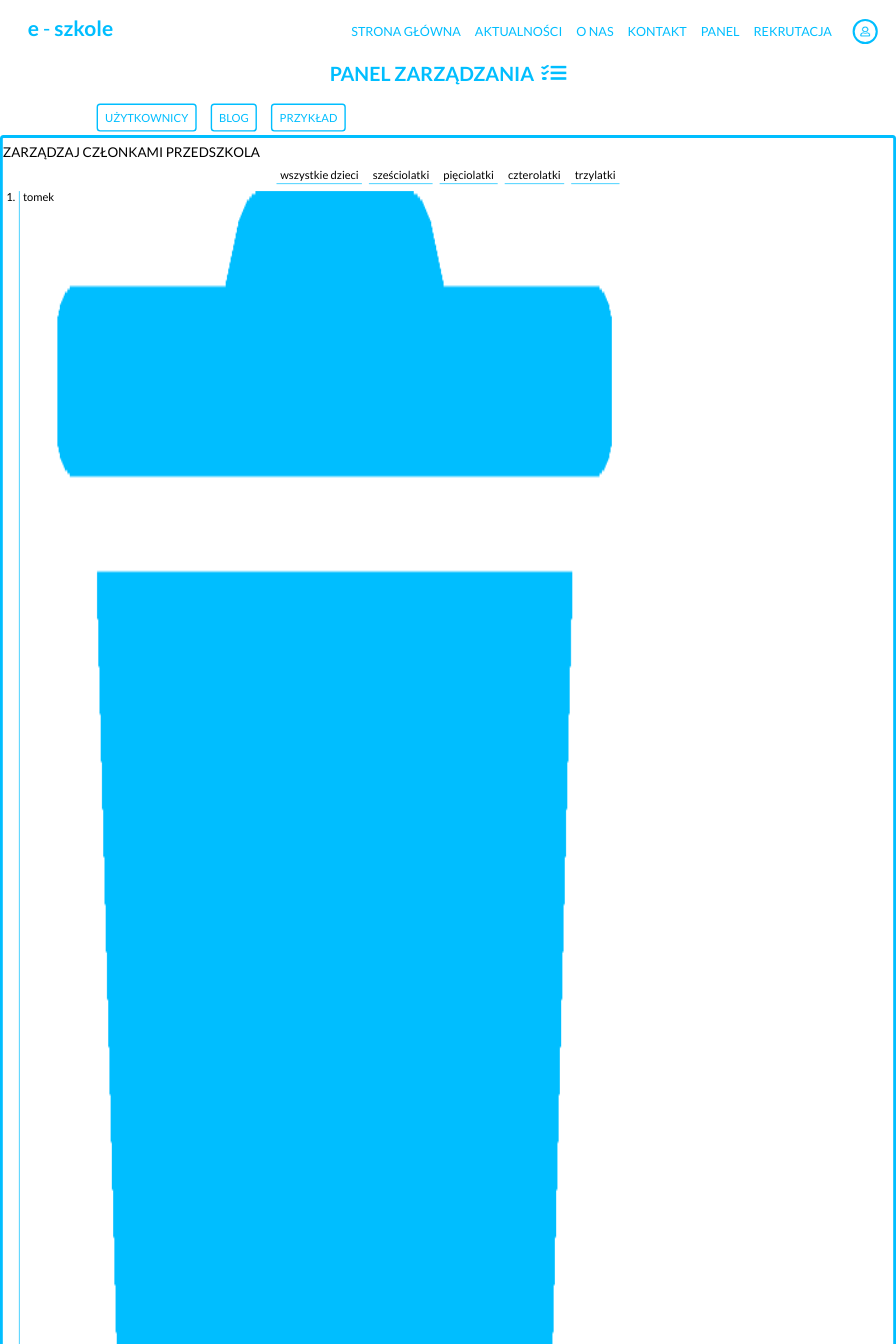
Repository: Votex874/e-szkole
Page: /panel (app in app/)
The author's editor kept a copy of each file at every save. The page is drawn from the files as they stood at one save, then again after the next save.
The browser window is 1280 px wide. The pictures show the part of the page from y = 0 to 1920 px (the page is 11191 px tall before and 720 px after), at 70% of full size.
The project was rebuilt for these pictures with package versions that can differ from the ones it lists, and the page was loaded fresh each time. Also part of the build but not shown: app/src/components/News/Title/index.js, app/src/components/News/Content/index.js, app/src/components/News/Avatar/index.js, app/src/components/News/Footer/index.js, app/src/components/News/index.js, app/src/components/AboutUs/Content/index.js, app/src/components/AboutUs/index.js, app/src/components/Graduates/ListItem/index.js and 26 more.

Above is the page before, as saved 2019-04-03 10:00:47.

After the next save:
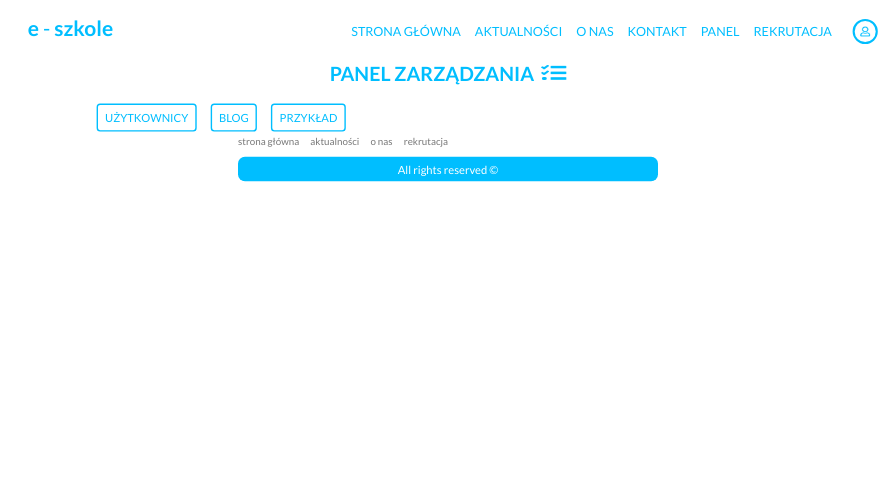
Saved 9 s later.
--- a/app/src/components/PanelOptions/index.js
+++ b/app/src/components/PanelOptions/index.js
@@ -54,9 +54,7 @@
             return <PanelItem id={i} handleClick={this.handleClick} key={i} content={e} />
           })}
         </OptionsList>
-        <ChoosenOption>
-          {this.state.users}
-        </ChoosenOption>
+
       </React.Fragment>
     )
   }

After the save that followed:
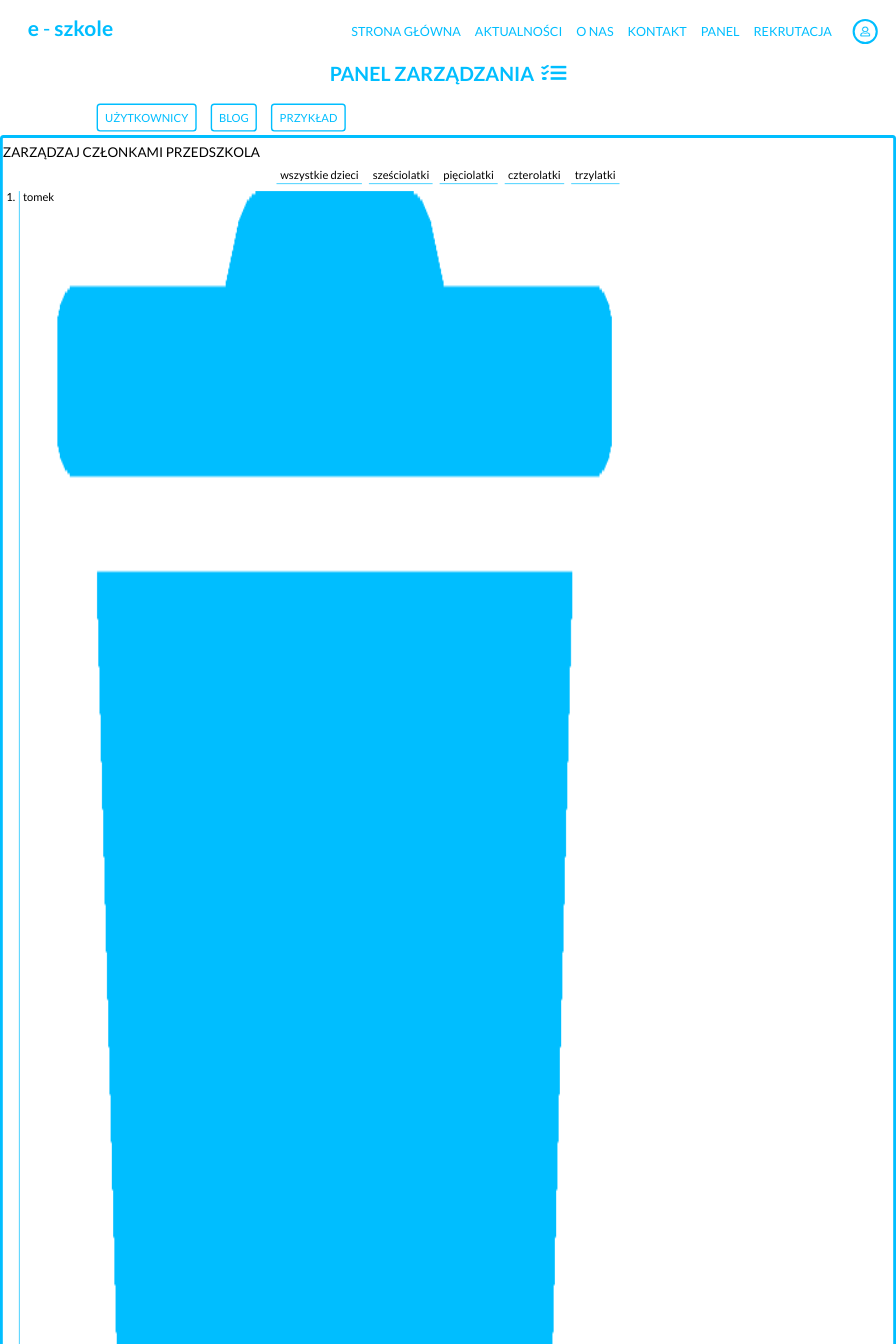
Saved 4 s later.
--- a/app/src/components/PanelOptions/index.js
+++ b/app/src/components/PanelOptions/index.js
@@ -54,7 +54,9 @@
             return <PanelItem id={i} handleClick={this.handleClick} key={i} content={e} />
           })}
         </OptionsList>
-
+        <ChoosenOption>
+          {this.state.users}
+        </ChoosenOption>
       </React.Fragment>
     )
   }
